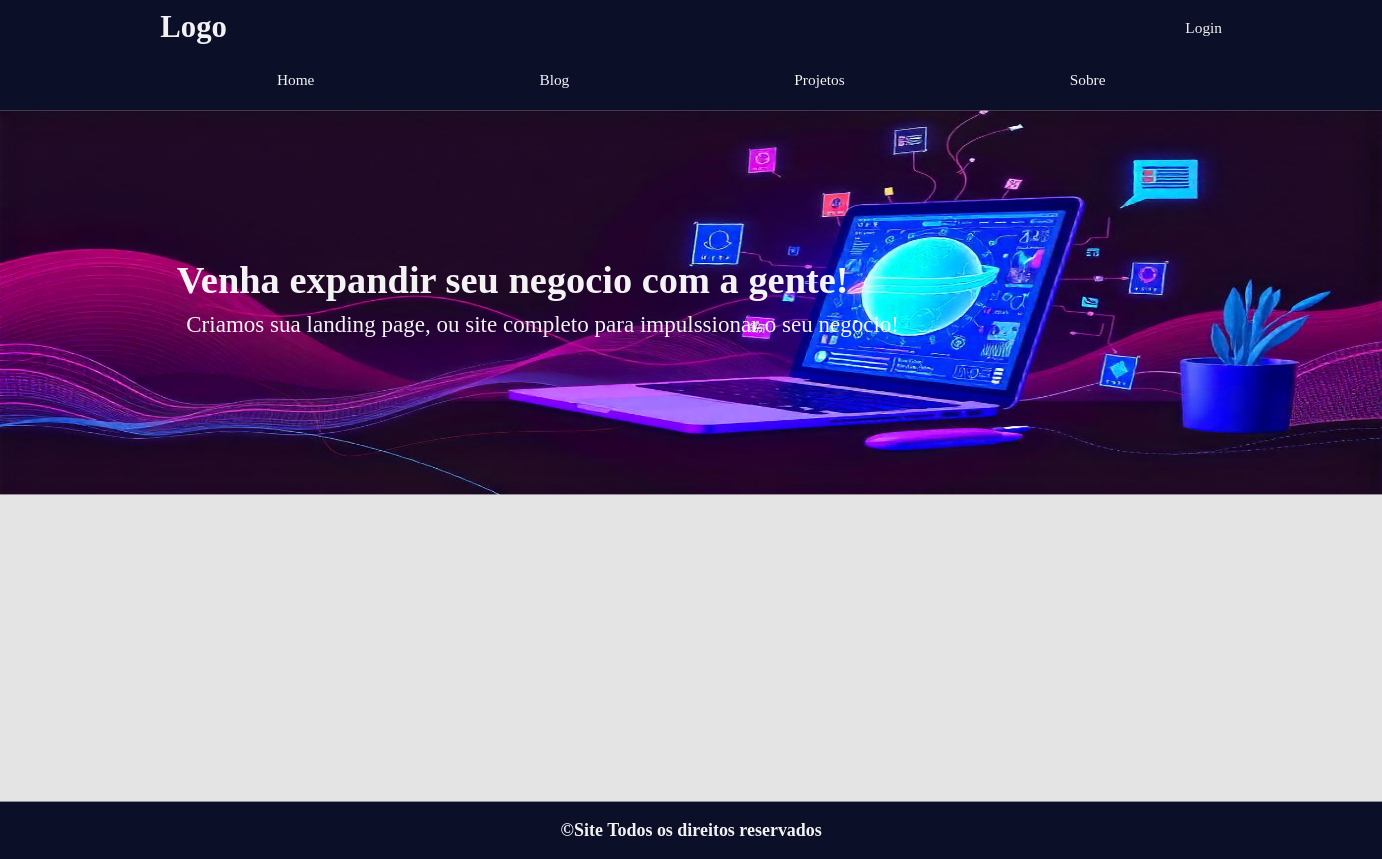
Repository: SauloMorais01/mysitefront-end
Page: index.html
An editor plug-in stored every save of this project. The page is shown before and after the next save, followed by the edit.
The browser window is 1440 px wide. The pictures show the whole page, at 96% of full size.

Above is the page before, as saved 2024-11-01 22:07:07.

### index.html
<!DOCTYPE html>
<html lang="pt-br">
<head>
    <meta charset="UTF-8">
    <meta name="viewport" content="width=device-width, initial-scale=1.0">
    <title>Titulo - status</title>
    <link rel="stylesheet" href="./src/css/style.css">
</head>
<body>
    <header class="primary-color hd-color-white">
        <div class="container">
            <div class="top-box flex">
                <div class="logo">
                    <a class="hd-color-white" href="/"><h1>Logo</h1></a>
                </div>
                <div class="login">
                    <a class="hd-color-white" href="/">Login</a>
                </div>
            </div>
        </div>
    </header>

    <section id="menu" class="sticky-top primary-color hd-color-white">
            <div class="container center">
                <a href="/">Home</a>
                <a href="./src/pages/blog.html">Blog</a>
                <a href="/">Projetos</a>
                <a href="/">Sobre</a>
            </div>
    </section>

    <main>
        <section class="info-top">
            <div class="container hd-color-white">
                <div class="info-top-top">
                    <h1>Venha expandir seu negocio com a gente!</h1>
                </div>
                <div class="info-top-p">
                    <p>Criamos sua landing page, ou site completo para impulssionar o seu negocio!</p>
                </div>
            </div>
        </section>

    </main>

    <footer class="primary-color center">
        <h3 class="hd-color-white">&copy;<strong>Site</strong> Todos os direitos reservados</h3>
    </footer>


    <script src="./src/js/main.js"></script>
</body>
</html>

### src/css/style.css
/* Primary configs */
:root {
    /* Colors */
    /* Bases */
    --primary-color: 234, 94%, 6%,;
    --secondary-color: 184, 86%, 66%,;
    --body-color: 0, 0%, 89%,;
    --white-color: 0, 0%, 100%,;
    --black-color: 0, 0%, 0%,;
    /* End Bases */

    /* Variations colors */
    --primary-color-normal: hsla(var(--primary-color) 0.95);
    --primary-color-medium: hsla(var(--primary-color) 0.5);
    --primary-color-light: hsla(var(--primary-color) 0.250);

    --secondary-color-normal: hsla(var(--secondary-color) 0.95);
    --secondary-color-medium: hsla(var(--secondary-color) 0.5);
    --secondary-color-light: hsla(var(--secondary-color) 0.250);

    --body-color-normal: hsla(var(--body-color) 0.95);
    --body-color-medium: hsla(var(--body-color) 0.5);
    --body-color-light: hsla(var(--body-color) 0.250);

    --black-color-normal: hsla(var(--black-color) 0.95);
    --black-color-medium: hsla(var(--black-color) 0.5);
    --black-color-light: hsla(var(--black-color) 0.250);

    --white-color-normal: hsla(var(--white-color) 0.95);
    --white-color-medium: hsla(var(--white-color) 0.5);
    --white-color-light: hsla(var(--white-color) 0.250);
    /* End variations colors */
    /* End Colors */

    /* Conf Sizes */
    --container-larger-l: 80%;
    --container-larger-m: 80%;
    --container-larger-s: 80%;
    --container-tablet: 90%;
    --container-small-d: 95%;
    --grid-width: 20%;
    --grid-height: 20%;
    /* End conf Sizes */
}

/* Global */
* {
    box-sizing: border-box;
    margin: 0;
    padding: 0;
}
/* End global */

/* pagina */
body {
    background: var(--body-color-normal);
}

a {
    list-style: none;
    text-decoration: none;
}


main {
    height: 100vh;
}

footer {
    height: 60px;
}

footer h3 {
    padding-top: 1.2rem;
}

/* end pagina */

/* Utils */
.flex {
    display: flex;
}

.sticky-top {
    position: sticky;
    top: 0;
}

.center {
    text-align: center;
}

.right {
    text-align: right;
}

.left {
    text-align: left;
}

.grid-temp {
    width: var(--grid-width); height: var(--grid-height);
    display: grid;
    grid-template-columns: repeat(4, 1fr);
    grid-template-rows: repeat(4, 1fr);
}

.primary-color{
    background: var(--primary-color-normal);
}

.secondary-color{
    background: var(--secondary-color-normal);
}

.hd-color-black {
    color: var(--black-color-normal);
}

.hd-color-white {
    color: var(--white-color-normal);
}

.hidden {
    display: none;
}
/* End utils */



/* Responsividade */
@media (max-width: 575.99px) {
    .container {
        margin: 0 auto;
        width: var(--container-small-d);
    }

    header {
        height: 40px;
    }

    #menu {
        height: 40px;
        display:none;
    }

    #menu a {
        color: var(--white-color-normal);
        margin: 5px 2%;
        padding: 10px 5%;
    }

    .login {
        display: none;
    }

    #menu a:hover {
        background-color: var(--secondary-color-light);
        border-radius: 5px;
    }

    .top-box {
        position: relative;
        padding-top: 2px;
    }

    .logo {
        position: absolute;
        left: 1%;
        font-size: 0.8rem;
    }

    .login {
        position: absolute;
        margin-top: 2px;
        right: 1%;
    }

    /* Main */
    .info-top{
        /* background: #4f0c6e; */
        height: 400px;
        background-image: url(../img/freepik__generate-images-about-web-development__7459.jpeg);
        background-position: center;
        backface-visibility: inherit;
        /* background-repeat: no-repeat; */
    }
}

@media (min-width: 576px) {
    .container {
        margin: 0 auto;
        width: var(--container-small-d);
    }

    header {
        height: 40px;
    }

    #menu {
        height: 40px;
        display:none;
    }

    #menu a {
        color: var(--white-color-normal);
        margin: 5px 2%;
        padding: 10px 5%;
    }

    .login {
        display: none;
    }

    #menu a:hover {
        background-color: var(--secondary-color-light);
        border-radius: 5px;
    }

    .top-box {
        position: relative;
        padding-top: 3px;
    }

    .logo {
        position: absolute;
        left: 1%;
        font-size: 0.8rem;
    }

    .login {
        position: absolute;
        margin-top: 3px;
        right: 1%;
    }

    /* Main */
    .info-top{
        /* background: #4f0c6e; */
        height: 400px;
        background-image: url(../img/freepik__generate-images-about-web-development__7459.jpeg);
        background-position: center;
        backface-visibility: inherit;
        /* background-repeat: no-repeat; */
    }
}

/* Medium devices (tablets, 768px and up) */
@media (min-width: 768px) {
    .container {
        margin: 0 auto;
        width: var(--container-tablet);
    }

    header {
        height: 50px;
    }

    #menu {
        height: 40px;
        display:none;
    }

    #menu a {
        color: var(--white-color-normal);
        margin: 5px 3%;
        padding: 10px 5%;
    }

    #menu a:hover {
        background-color: var(--secondary-color-light);
        border-radius: 5px;
    }

    .login {
        display: block;
    }

    .top-box {
        position: relative;
        padding-top: 6px;
    }

    .logo {
        position: absolute;
        left: 2%;
        font-size: 1rem;
    }

    .login {
        position: absolute;
        margin-top: 6px;
        right: 2%;
    }

    /* Main */
    .info-top{
        /* background: #4f0c6e; */
        height: 400px;
        background-image: url(../img/freepik__generate-images-about-web-development__7459.jpeg);
        background-position: center;
        backface-visibility: inherit;
        /* background-repeat: no-repeat; */
    }
}

/* Large devices (desktops, 992px and up) */
@media (min-width: 992px) {
    .container {
        margin: 0 auto;
        width: var(--container-larger-s);
    }

    header {
        height: 60px;
    }

    #menu {
        height: 40px;
        display: block;
    }

    #menu a {
        color: var(--white-color-normal);
        margin: 5px 4%;
        padding: 10px 5%;
    }

    #menu a:hover {
        background-color: var(--secondary-color-light);
        border-radius: 5px;
    }

    .top-box {
        position: relative;
        padding-top: 8px;
    }

    .logo {
        position: absolute;
        left: 2%;
    }

    .login {
        position: absolute;
        margin-top: 8px;
        right: 2%;
    }

    /* Main */
    .info-top{
        /* background: #4f0c6e; */
        height: 400px;
        background-image: url(../img/freepik__generate-images-about-web-development__7459.jpeg);
        background-position: center;
        backface-visibility: inherit;
        /* background-repeat: no-repeat; */
    }
}

/* X-Large devices (large desktops, 1200px and up) */
@media (min-width: 1200px) {
    .container {
        margin: 0 auto;
        width: var(--container-larger-m);
    }

    header {
        height: 70px;
    }

    #menu {
        height: 40px;
        display: block;
    }

    #menu a {
        color: var(--white-color-normal);
        margin: 5px 4.5%;
        padding: 10px 5%;
    }

    #menu a:hover {
        background-color: var(--secondary-color-light);
        border-radius: 5px;
    }

    .top-box {
        position: relative;
        padding-top: 8px;
    }

    .logo {
        position: absolute;
        left: 2%;
    }

    .login {
        position: absolute;
        margin-top: 8px;
        right: 2%;
    }

    /* Main */
    .info-top{
        /* background: #4f0c6e; */
        height: 400px;
        background-image: url(../img/freepik__generate-images-about-web-development__7459.jpeg);
        background-position: center;
        backface-visibility: inherit;
        /* background-repeat: no-repeat; */
    }
}

/* XX-Large devices (larger desktops, 1400px and up) */
@media (min-width: 1400px) {
    .container {
        margin: 0 auto;
        width: var(--container-larger-l);
    }

    header {
        height: 75px;
    }

    #menu {
        height: 40px;
        display: block;
    }

    #menu a {
        color: var(--white-color-normal);
        margin: 5px 5%;
        padding: 10px 5%;
    }

    #menu a:hover {
        background-color: var(--secondary-color-light);
        border-radius: 5px;
    }

    .top-box {
        position: relative;
        padding-top: 10px;
    }

    .logo {
        position: absolute;
        left: 2%;
    }

    .login {
        position: absolute;
        margin-top: 10px;
        right: 2%;
    }

    /* Main */
    .info-top{
        /* background: #4f0c6e; */
        padding: 50px;
        height: 400px;
        background-image: url(../img/freepik__generate-images-about-web-development__7459.jpeg);
        background-position: center;
        background-size: 100% 400px;
        display: flex;
        align-items: center;
        justify-content: center;
        /* background-repeat: no-repeat; */
    }

    .info-top h1 {
        font-size: 2.5rem;
    }

    .info-top p {
        margin: 10px;
        font-size: 1.5rem;
    }
}
/* End responsividade */

Loaded but not shown: src/js/main.js (no copy from this time; the picture is the same without it)

After the next save:
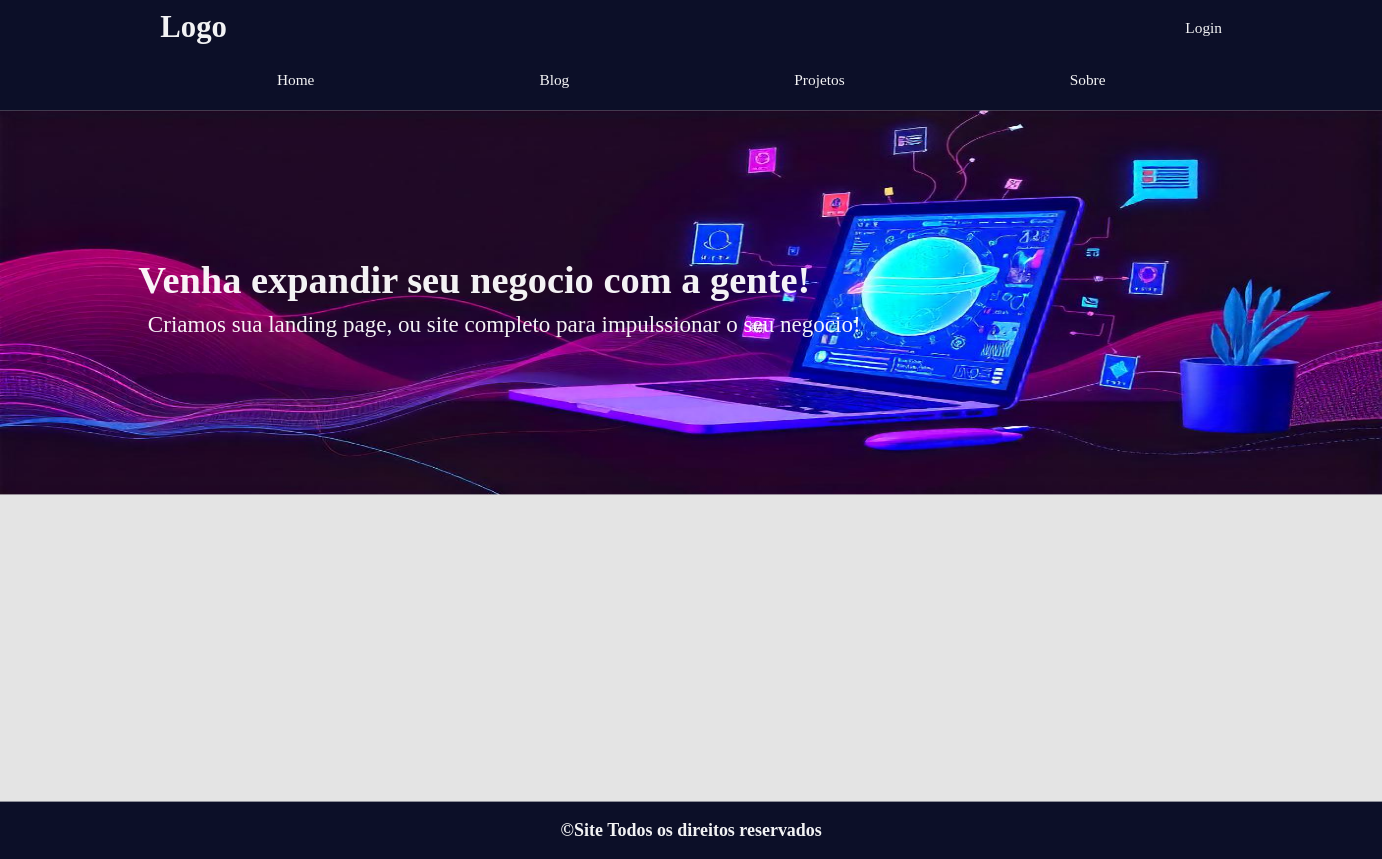
Saved 59 s later.
--- a/src/css/style.css
+++ b/src/css/style.css
@@ -458,7 +458,6 @@ footer h3 {
     /* Main */
     .info-top{
         /* background: #4f0c6e; */
-        padding: 50px;
         height: 400px;
         background-image: url(../img/freepik__generate-images-about-web-development__7459.jpeg);
         background-position: center;
